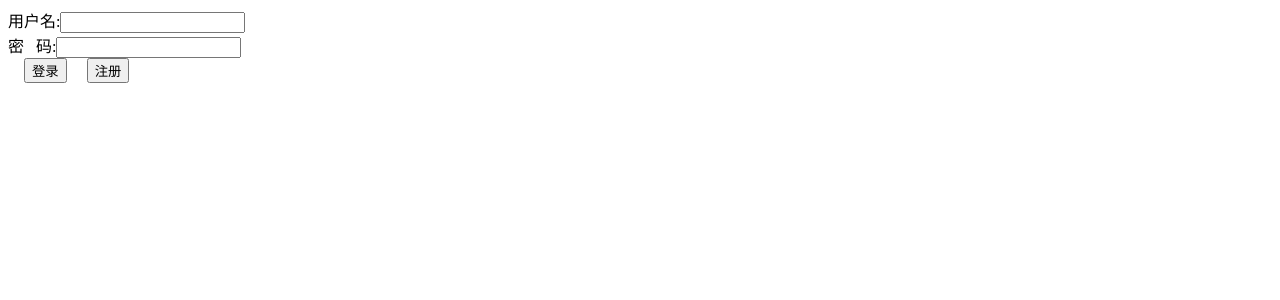
Repository: AAJAAJ/eclipse-workspace
Page: http://localhost/Supermarket/login.jsp
An editor plug-in stored every save of this project. The page is shown before and after the next save, followed by the edit.
The browser window is 1280 px wide. The pictures show the whole page.
The page is served by Tomcat 9.

Above is the page before, as saved 2019-09-25 10:56:49.

After the next save:
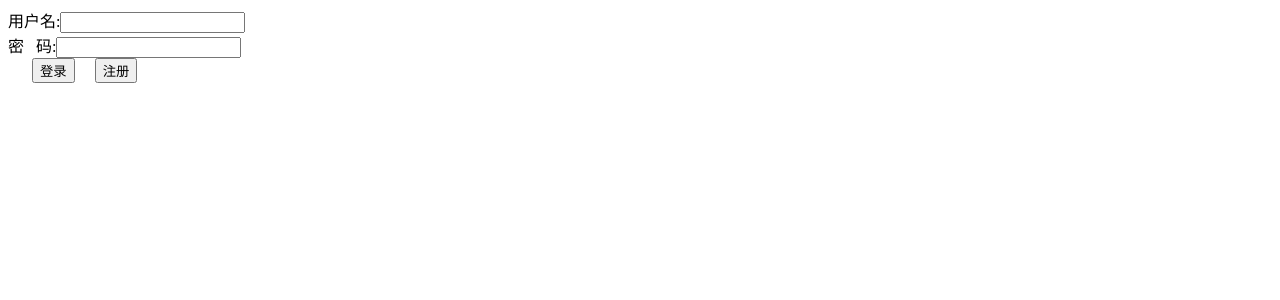
Saved 7 s later.
--- a/Supermarket/WebContent/login.jsp
+++ b/Supermarket/WebContent/login.jsp
@@ -13,7 +13,7 @@
 		<br />
 		密&nbsp;&nbsp;&nbsp;码:<input type="text" name="password" id="password" />
 		<br />
-		&nbsp;&nbsp;&nbsp;
+		&nbsp;&nbsp;&nbsp;&nbsp;&nbsp;
 		<input type="submit" value="登录"/>
 		&nbsp;&nbsp;&nbsp;
 		<input type="submit" value="注册"/>
